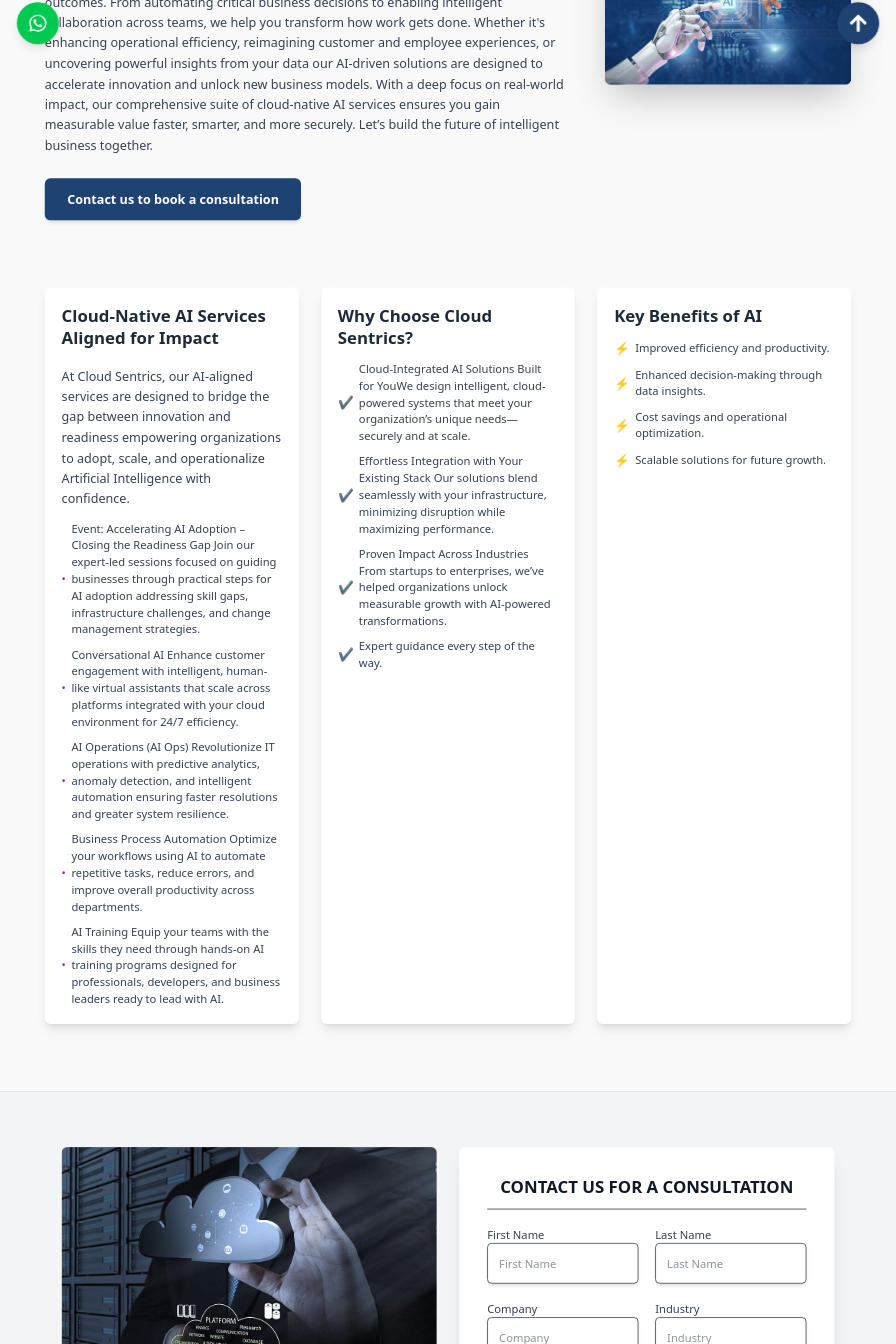
Repository: chykesure/cloudsentrics_
Page: /ai
These files come from the project's save history. The page is drawn as it stood at one moment and after a run of saves; the edit follows.
The browser window is 1280 px wide. The pictures show the part of the page from y = 624 to 2544 px (the page is 4520 px tall), at 70% of full size.
The page's requests for data from a server got no answer. The project was rebuilt for these pictures with package versions that can differ from the ones it lists, and the page was loaded fresh each time. No one was signed in, and anything a server would have sent is missing. Also part of the build but not shown: vite.config.js, src/pages/Header.jsx, src/pages/Footer.jsx, src/pages/students/Reviews.jsx, src/pages/students/Testimony.jsx, src/pages/students/TestimonyLanding.jsx, src/pages/LandingPage.jsx, src/pages/students/Header.jsx and 41 more.

Above is the page before, as saved 2025-04-09 20:20:10.

### src/index.css
@import "tailwindcss";

@keyframes zoomInOut {
    0% {
        transform: scale(1);
    }
    100% {
        transform: scale(1.1);
    }
}

.zoom-animation {
    animation: zoomInOut 5s infinite alternate ease-in-out;

}

### src/App.jsx
import { BrowserRouter as Router, Routes, Route } from "react-router-dom";
import LandingPage from "./pages/LandingPage";
import StudentPage from "./pages/students/StudentPage";
import AboutUs from "./pages/students/AboutUs/AboutUs";
import "./App.css";
import AWS from "./pages/students/courses/AWS";
import DevSecOps from "./pages/students/courses/DevSecOps";
import AZURE from "./pages/students/courses/AZURE";
import Blogs from "./pages/students/blogs/Blogs";
import EventsPage from "./pages/students/events/EventsPage";
import FloatsButtons from "./pages/FloatsButtons";
import PartnerPage from "./pages/partners/home/PartnerPage";
import Ai from "./pages/partners/menu/ai";
import CloudSecurity from "./pages/partners/menu/cloudsecurity";
import IOT from "./pages/partners/menu/iot";
import Technology from "./pages/partners/menu/technology";
import Workplace from "./pages/partners/menu/workplace";
import InsightMenu from "./pages/partners/main_menu/insight";
import NewsPage from "./pages/partners/main_menu/news";
import CaseStudy from "./pages/partners/main_menu/casestudy";
import AboutCloud from "./pages/partners/main_menu/aboutus";
import Careers from "./pages/partners/main_menu/careers";
import ContactUs from "./pages/partners/main_menu/contact";

function App() {
  return (
    <Router>
      <div className="flex flex-col min-h-screen">
        {/* Floating Buttons will always be visible */}
        <FloatsButtons />

        <div className="flex-grow pt-20"> {/* Adjust padding-top based on header height */}
          <Routes>

            {/* Student Section */}
            <Route path="/" element={<LandingPage />} />
            <Route path="/StudentPage" element={<StudentPage />} />
            <Route path="/about" element={<AboutUs />} />
            <Route path="/courses/AWS" element={<AWS />} />
            <Route path="/courses/Azure" element={<AZURE />} />
            <Route path="/courses/DevSecOps" element={<DevSecOps />} />
            <Route path="/blog" element={<Blogs />} />
            <Route path="/events" element={<EventsPage />} />

            {/* The Partner Section */}
            <Route path="/PartnerPage" element={<PartnerPage />} />
            <Route path="/ai" element={<Ai />} />
            <Route path="/cloud-security" element={<CloudSecurity />} />
            <Route path="/iot" element={<IOT />} />
            <Route path="/technology" element={<Technology />} />
            <Route path="/modern-workplace" element={<Workplace />} />
            <Route path="/insights" element={<InsightMenu />} />
            <Route path="/news" element={<NewsPage />} />
            <Route path="/case-studies" element={<CaseStudy />} />
            <Route path="/about-cloudsentrics" element={<AboutCloud />} />
            <Route path="/careers" element={<Careers />} />
            <Route path="/contact" element={<ContactUs />} />
          </Routes>
        </div>
      </div>
    </Router>
  );
}

export default App;

### src/pages/FloatsButtons.jsx
import { FaWhatsapp, FaArrowUp } from "react-icons/fa";
import { motion } from "framer-motion";

const FloatsButtons = () => {
    const scrollToTop = () => {
        window.scrollTo({ top: 0, behavior: "smooth" });
    };

    return (
        <>
            {/* Floating WhatsApp Button (Left) */}
            <motion.a
                href="https://wa.me/message/62QVNSESZ56FC1"
                target="_blank"
                rel="noopener noreferrer"
                className="fixed bottom-6 left-6 bg-green-500 text-white p-4 rounded-full shadow-lg flex items-center justify-center z-50"
                title="Chat with us on WhatsApp"
                animate={{ y: [0, -10, 0] }}
                transition={{ duration: 1.5, repeat: Infinity, repeatType: "reverse", ease: "easeInOut" }}
                whileHover={{ scale: 1.2 }}
            >
                <FaWhatsapp size={28} />
            </motion.a>

            {/* Floating Back to Top Button (Right) */}
            <motion.button
                onClick={scrollToTop}
                className="fixed bottom-6 right-6 bg-[#1e4272] text-white p-4 rounded-full shadow-lg flex items-center justify-center z-50"
                title="Back to Top"
                animate={{ y: [0, -10, 0] }}
                transition={{ duration: 1.5, repeat: Infinity, repeatType: "reverse", ease: "easeInOut" }}
                whileHover={{ scale: 1.2 }}
            >
                <FaArrowUp size={28} />
            </motion.button>
        </>
    );
};

export default FloatsButtons;

### src/pages/partners/menu/ai.jsx
import React from "react";
import Header from "../Header";
import { motion } from "framer-motion";
import { Link } from "react-router-dom";
import FormsPage from "./forms";
import RelatedServices from "./services";
import Footer from "../home/Footer";

const logo = "/assets/logo.jpg";
const aibg = "/assets/ai.jpg";

const Ai = () => {
    return (
        <div className="min-h-screen bg-[#0d1b2a] text-white">
            {/* Header Section */}
            <div className="flex justify-center px-6 md:px-12 py-6 bg-white shadow-lg w-full h-28 md:h-32 lg:h-40">
                <div className="flex items-center justify-between w-full max-w-[1200px] mx-auto h-full">

                    {/* Left: Logo and Branding - Fully Left-Aligned */}
                    <div className="absolute left-0 flex items-center w-auto h-full">
                        <Link to="/PartnerPage">
                            <img
                                src={logo}
                                alt="Cloudsentrics Logo"
                                className="h-20 md:h-28 lg:h-34 w-auto ml-9 transition-all duration-300"
                            />
                        </Link>
                    </div>

                    {/* Right: Navigation Menu - Centered */}
                    <motion.div
                        className="hidden md:flex flex-grow justify-center items-center space-x-6 lg:space-x-10 text-lg md:text-xl font-bold text-[#1e1e1e] tracking-wide h-full"
                        initial={{ opacity: 0, y: -10 }}
                        animate={{ opacity: 1, y: 0 }}
                        transition={{ duration: 0.6, ease: "easeOut" }}
                    >
                        {[
                            { label: "AI", path: "/ai" },
                            { label: "CLOUD & SECURITY", path: "/cloud-security" },
                            { label: "IOT", path: "/iot" },
                            { label: "MODERN WORKPLACE", path: "/modern-workplace" },
                            { label: "TECHNOLOGY", path: "/technology" }
                        ].map((item, index) => (
                            <Link key={index} to={item.path}>
                                <motion.span
                                    className="cursor-pointer transition-all duration-300 hover:text-blue-600 hover:scale-105 whitespace-nowrap"
                                    whileHover={{ scale: 1.1 }}
                                >
                                    {item.label}
                                </motion.span>
                            </Link>
                        ))}
                    </motion.div>

                </div>
            </div>



            <Header />

            {/* AI Section */}
            <section className="bg-[#f9f9f9] px-6 md:px-16 py-16 lg:py-24 grid grid-cols-1 lg:grid-cols-3 gap-12">
                {/* Left Text Content */}
                <div className="lg:col-span-2 animate__animated animate__fadeIn flex-shrink-0 space-y-6">
                    {/* Heading Section */}
                    <div className="text-center lg:text-left">
                        <h3 className="text-lg font-medium text-gray-500 uppercase tracking-wide">Artificial Intelligence</h3>
                        <h1 className="text-4xl md:text-5xl lg:text-6xl font-bold leading-tight mt-4 text-gray-800">
                            Harnessing the Power <br />  of Cloud-Integrated AI
                        </h1>
                    </div>

                    {/* Paragraph Content */}
                    <p className="text-lg text-gray-700 mt-6 leading-relaxed">
                        At Cloud Sentrics, we empower forward-thinking organizations to put Artificial Intelligence to work seamlessly integrated with cloud technologies for smarter, faster outcomes.

                        From automating critical business decisions to enabling intelligent collaboration across teams, we help you transform how work gets done. Whether it's enhancing operational efficiency, reimagining customer and employee experiences, or uncovering powerful insights from your data our AI-driven solutions are designed to accelerate innovation and unlock new business models.

                        With a deep focus on real-world impact, our comprehensive suite of cloud-native AI services ensures you gain measurable value faster, smarter, and more securely.

                        Let’s build the future of intelligent business together.
                    </p>

                    {/* Call to Action Button */}
                    <div className="flex justify-center lg:justify-start mt-8">
                        <a
                            href="#"
                            className="bg-[#1e4272] text-white text-center py-4 px-8 rounded-lg font-semibold text-lg shadow-md hover:bg-purple-800 hover:scale-105 transition duration-300 ease-in-out transform hover:translate-y-1 w-full md:w-auto"
                        >
                            Contact us to book a consultation
                        </a>
                    </div>
                </div>


                {/* Right AI Image */}
                <div className="lg:col-span-1 flex justify-center items-center flex-shrink-0">
                    <motion.img
                        src={aibg}
                        alt="AI Representation"
                        className="w-full max-w-lg rounded-lg shadow-2xl"
                        animate={{ y: [0, -10, 0] }}
                        transition={{ duration: 1.5, repeat: Infinity, ease: "easeInOut" }}
                    />
                </div>

                {/* Bottom Section */}
                <div className="lg:col-span-3 flex flex-col gap-6 w-full">

                    {/* Grid Content */}
                    <div className="grid grid-cols-1 md:grid-cols-2 lg:grid-cols-3 gap-8 mt-12 w-full">
                        {/* Aligned Services */}
                        <div className="bg-white p-6 rounded-lg shadow-lg border-gray-200 hover:scale-105 hover:shadow-xl flex-shrink-0 w-full">
                            <h4 className="text-2xl font-semibold text-gray-800">Cloud-Native AI Services Aligned for Impact</h4>
                            <p className="text-lg text-gray-700 mt-6 leading-relaxed">
                                At Cloud Sentrics, our AI-aligned services are designed to bridge the gap between innovation and readiness empowering organizations to adopt, scale, and operationalize Artificial Intelligence with confidence.
                            </p>
                            <ul className="mt-4 space-y-3 text-gray-700">
                                {[
                                    "Event: Accelerating AI Adoption – Closing the Readiness Gap Join our expert-led sessions focused on guiding businesses through practical steps for AI adoption addressing skill gaps, infrastructure challenges, and change management strategies.",
                                    "Conversational AI Enhance customer engagement with intelligent, human-like virtual assistants that scale across platforms integrated with your cloud environment for 24/7 efficiency.",
                                    "AI Operations (AI Ops) Revolutionize IT operations with predictive analytics, anomaly detection, and intelligent automation ensuring faster resolutions and greater system resilience.",
                                    "Business Process Automation Optimize your workflows using AI to automate repetitive tasks, reduce errors, and improve overall productivity across departments.",
                                    "AI Training Equip your teams with the skills they need through hands-on AI training programs designed for professionals, developers, and business leaders ready to lead with AI."
                                ].map((service, index) => (
                                    <li key={index} className="flex items-center space-x-2">
                                        <span className="text-purple-600">•</span>
                                        <span>{service}</span>
                                    </li>
                                ))}
                            </ul>
                        </div>

                        {/* Why Choose Us? */}
                        <div className="bg-white p-6 rounded-lg shadow-lg border-gray-200 hover:scale-105 hover:shadow-xl flex-shrink-0 w-full">
                            <h4 className="text-2xl font-semibold text-gray-800">Why Choose Cloud Sentrics?</h4>
                            <ul className="mt-4 space-y-3 text-gray-700">
                                {[
                                    "Cloud-Integrated AI Solutions Built for YouWe design intelligent, cloud-powered systems that meet your organization’s unique needs—securely and at scale.",
                                    "Effortless Integration with Your Existing Stack Our solutions blend seamlessly with your infrastructure, minimizing disruption while maximizing performance.",
                                    "Proven Impact Across Industries From startups to enterprises, we’ve helped organizations unlock measurable growth with AI-powered transformations.",
                                    "Expert guidance every step of the way."
                                ].map((reason, index) => (
                                    <li key={index} className="flex items-center space-x-2">
                                        <span className="text-green-600 text-lg">✔</span>
                                        <span>{reason}</span>
                                    </li>
                                ))}
                            </ul>
                        </div>

                        {/* Key Benefits of AI */}
                        <div className="bg-white p-6 rounded-lg shadow-lg border-gray-200 hover:scale-105 hover:shadow-xl flex-shrink-0 w-full">
                            <h4 className="text-2xl font-semibold text-gray-800">Key Benefits of AI</h4>
                            <ul className="mt-4 space-y-3 text-gray-700">
                                {[
                                    "Improved efficiency and productivity.",
                                    "Enhanced decision-making through data insights.",
                                    "Cost savings and operational optimization.",
                                    "Scalable solutions for future growth."
                                ].map((benefit, index) => (
                                    <li key={index} className="flex items-center space-x-2">
                                        <span className="text-blue-600 text-lg">⚡</span>
                                        <span>{benefit}</span>
                                    </li>
                                ))}
                            </ul>
                        </div>
                    </div>
                </div>
            </section>

            <section className="px-4 sm:px-6 md:px-6 lg:px-8 py-8 bg-gray-100">
                <FormsPage />
            </section>

            <section className="px-4 sm:px-6 md:px-6 lg:px-8 py-8 bg-gray-100">
                <RelatedServices />
            </section>

            {/* Footer Section */}
            <section className="px-0 sm:px-0 md:px-0 lg:px-0 py-8 bg-gray-100 w-full">
                <Footer />
            </section>

        </div>
    );
};

export default Ai;

### src/pages/partners/home/Footer.jsx
import React from 'react';
import { FaLinkedin, FaXTwitter, FaInstagram } from 'react-icons/fa6';
import { Link } from 'react-router-dom';

function Footer() {
    return (
        <footer className="bg-white text-black py-6 border-t border-gray-300 text-sm w-full">
            <div className="w-full px-6 lg:px-12">
                {/* Main Footer Section */}
                <div className="flex flex-col md:flex-row justify-between items-center text-center md:text-left">
                    <h3 className="font-bold text-lg text-blue-900">Powering Cloud-Integrated Digital Transformation</h3>

                    {/* Social Icons */}
                    <div className="flex space-x-4 mt-4 md:mt-0">
                        <a href="https://www.linkedin.com/posts/cloud-sentrics_cloud-sentrics-linkedin-activity-7291379079860117505-ve54?utm_source=share&utm_medium=member_android" target="_blank" rel="noopener noreferrer" className="text-gray-600 hover:text-black">
                            <FaLinkedin size={20} />
                        </a>
                        <a href="https://x.com/CloudSentrics" target="_blank" rel="noopener noreferrer" className="text-gray-600 hover:text-black">
                            <FaXTwitter size={20} />
                        </a>
                        <a href="https://www.instagram.com/cloudsentrics/" target="_blank" rel="noopener noreferrer" className="text-gray-600 hover:text-black">
                            <FaInstagram size={20} />
                        </a>
                    </div>
                </div>

                {/* Footer Links */}
                <div className="mt-4 text-center md:text-left">
                    <p>© {new Date().getFullYear()} All rights reserved |
                        <Link to="#" className="ml-2 hover:text-blue-600">Privacy Notice</Link> |
                        <Link to="#" className="ml-2 hover:text-blue-600">Terms & Conditions</Link> |
                        <Link to="#" className="ml-2 hover:text-blue-600">Website T&Cs</Link> |
                        <Link to="#" className="ml-2 hover:text-blue-600">Cookies Policy</Link> |
                        <Link to="#" className="ml-2 hover:text-blue-600">Anti-Slavery Policy</Link> |
                        <Link to="#" className="ml-2 hover:text-blue-600">Sitemap</Link> |
                        <Link to="#" className="ml-2 hover:text-blue-600">Learn more</Link>
                    </p>
                </div>
            </div>
        </footer>
    );
}

export default Footer;

### src/pages/partners/menu/services.jsx
import React from "react";
import { motion } from "framer-motion";

const ai_trainning = "/assets/ai_trainning.jpg";
const ai_conversation = "/assets/ai_conversation.jpg";
const ai_ops = "/assets/ai_ops.jpg";
const bpa = "/assets/bpa.jpg";

const RelatedServices = () => {
    const services = [
        {
            title: "Conversational AI",
            description:
                "Boost engagement and productivity with a next generation customer experience",
            image: ai_conversation,
        },
        {
            title: "AI Ops",
            description:
                "Ensure resilience and prevent and resolve incidents with AIOps",
            image: ai_ops,
        },
        {
            title: "Business Process Automation",
            description:
                "Accelerate how work gets done and amplify digital efficiencies",
            image: bpa,
        },
        {
            title: "AI Training",
            description:
                "Discover the true business value of artificial intelligence",
            image: ai_trainning,
        },
    ];

    return (
        <section className="py-12 bg-gray-100">
            <div className="container mx-auto px-6 text-center">
                <h2 className="text-3xl font-bold text-gray-900 mb-6">
                    Related Services
                </h2>
                <div className="w-16 h-1 bg-blue-600 mx-auto mb-8"></div>
                <div className="grid grid-cols-1 md:grid-cols-2 lg:grid-cols-4 gap-8">
                    {services.map((service, index) => (
                        <motion.div
                            key={index}
                            className="relative bg-white rounded-lg shadow-lg overflow-hidden min-h-[400px]"
                            whileHover={{ scale: 1.05, y: -5 }}
                            transition={{ type: "spring", stiffness: 200, damping: 10 }}
                        >
                            <img
                                src={service.image}
                                alt={service.title}
                                className="w-full h-64 md:h-80 object-cover"
                            />
                            <div className="p-6">
                                <h3 className="text-xl font-semibold text-gray-800 mb-2">
                                    {service.title}
                                </h3>
                                <p className="text-gray-600">{service.description}</p>
                            </div>
                        </motion.div>
                    ))}
                </div>
            </div>
        </section>
    );
};

export default RelatedServices;

Loaded but not shown: index.html (common file); src/main.jsx (common file); src/pages/students/AboutUs/AboutUs.jsx (399 lines, source omitted); src/pages/partners/menu/forms.jsx (209 lines, source omitted); src/pages/partners/Header.jsx (114 lines, source omitted)

After the next 2 saves:
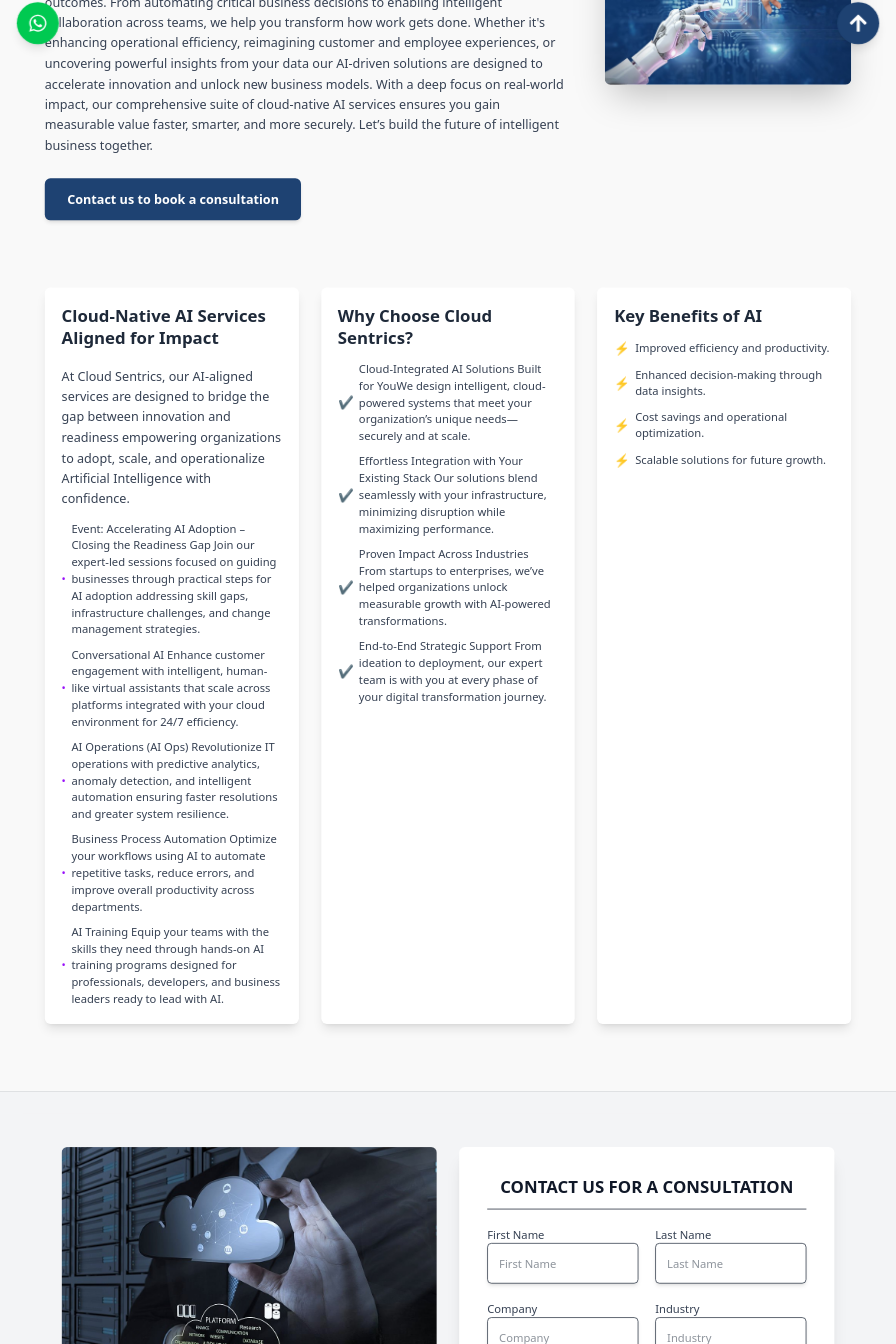
The 2 saves are shown as one change because they came seconds apart.
The last was saved 16 s later.
--- a/src/pages/partners/menu/ai.jsx
+++ b/src/pages/partners/menu/ai.jsx
@@ -140,7 +140,7 @@
                                     "Cloud-Integrated AI Solutions Built for YouWe design intelligent, cloud-powered systems that meet your organization’s unique needs—securely and at scale.",
                                     "Effortless Integration with Your Existing Stack Our solutions blend seamlessly with your infrastructure, minimizing disruption while maximizing performance.",
                                     "Proven Impact Across Industries From startups to enterprises, we’ve helped organizations unlock measurable growth with AI-powered transformations.",
-                                    "Expert guidance every step of the way."
+                                    "End-to-End Strategic Support From ideation to deployment, our expert team is with you at every phase of your digital transformation journey."
                                 ].map((reason, index) => (
                                     <li key={index} className="flex items-center space-x-2">
                                         <span className="text-green-600 text-lg">✔</span>
